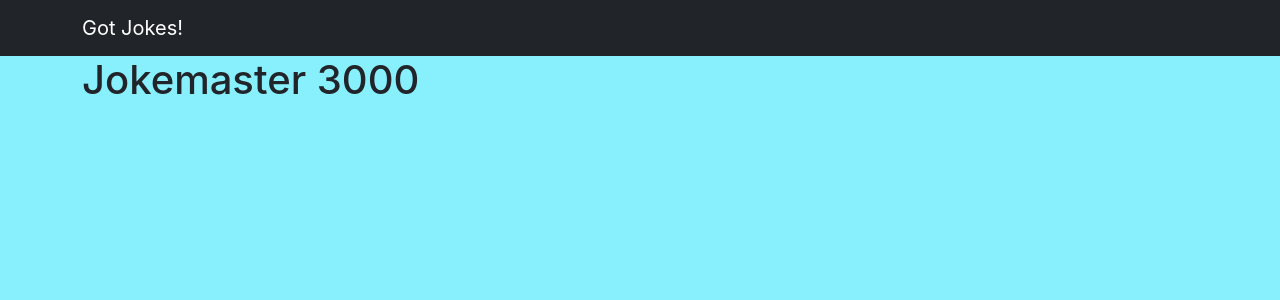
Repository: jontslater/LAB-joke-generator-react
Page: /
An editor plug-in stored every save of this project. The page is shown before and after the next save, followed by the edit.
The browser window is 1280 px wide. The pictures show the whole page.
The project was rebuilt for these pictures with package versions that can differ from the ones it lists, and the page was loaded fresh each time. The framework's server and built-in components were replaced by stand-ins that run in the browser. Also part of the build but not shown: next.config.js.

Above is the page before, as saved 2024-01-08 20:58:51.

### pages/_app.js
/* eslint-disable react/prop-types */
import 'bootstrap/dist/css/bootstrap.min.css';
import '../styles/globals.css';
import NavBar from '../components/NavBar';

function MyApp({ Component, pageProps }) {
  return (
    <>
      <NavBar />
      <div className="container">
        <Component {...pageProps} />
      </div>
    </>
  );
}

export default MyApp;

### pages/index.js
import React from 'react';
import Jokes from '../components/Jokes';

function Home() {
  return (
    <>
      <Jokes />
    </>
  );
}

export default Home;

### components/NavBar.js
/* eslint-disable jsx-a11y/anchor-is-valid */
import React from 'react';
import Link from 'next/link';
import {
  Navbar, Container, Nav,
} from 'react-bootstrap';

export default function NavBar() {
  return (
    <Navbar collapseOnSelect expand="lg" bg="dark" variant="dark">
      <Container>
        <Link passHref href="/">
          <Navbar.Brand>Got Jokes!</Navbar.Brand>
        </Link>
        <Navbar.Toggle aria-controls="responsive-navbar-nav" />
        <Navbar.Collapse id="responsive-navbar-nav">
          <Nav className="me-auto">
            {/* CLOSE NAVBAR ON LINK SELECTION: https://stackoverflow.com/questions/72813635/collapse-on-select-react-bootstrap-navbar-with-nextjs-not-working */}
            {/* <Link passHref href="/">
              <Nav.Link>Home</Nav.Link>
            </Link> */}
          </Nav>
        </Navbar.Collapse>
      </Container>
    </Navbar>
  );
}

### components/Jokes.js
import React, { useState } from 'react';
import getJoke from '../api/jokeData';

function Jokes({}) {
  const { joke, setJoke } = useState('');

  const handleClick = () => {
    setJoke((prevState) = getJoke);
  };
  return (
    <>
      <h1>Jokemaster 3000</h1>
    </>
  );
}

export default Jokes;

### api/jokeData.js
import axios from 'axios';

const endpoint = 'https://v2.jokeapi.dev/joke/Programming?safe-mode&type=twopart';

const getJoke = async () => {
  const jokeCall = await axios.get(endpoint);

  return jokeCall.data;
};

export default getJoke;

Loaded but not shown: styles/globals.css (common file)

After the next save:
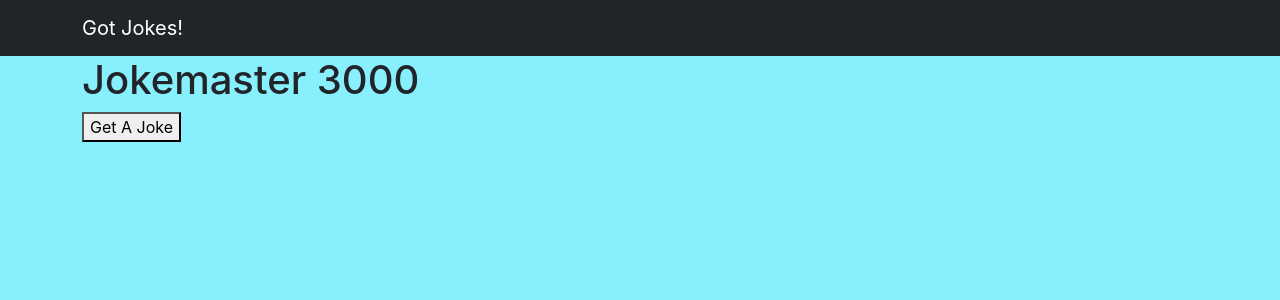
Saved 42 s later.
--- a/components/Jokes.js
+++ b/components/Jokes.js
@@ -10,6 +10,7 @@ function Jokes({}) {
   return (
     <>
       <h1>Jokemaster 3000</h1>
+      <button type="button" onClick={getJoke}>Get A Joke</button>
     </>
   );
 }
